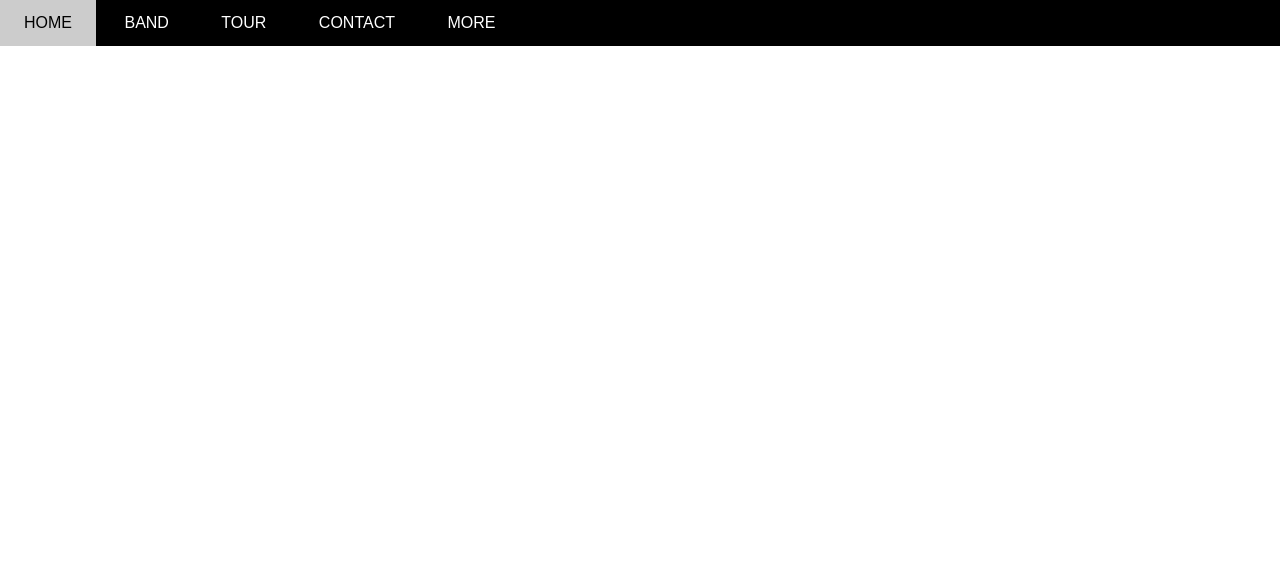
Repository: TranPhucThinh/clone-the-band
Page: index.html
The author's editor kept a copy of each file at every save. The page is drawn from the files as they stood at one save, then again after the next save.
The browser window is 1280 px wide. The pictures show the whole page.

Above is the page before, as saved 2022-08-03 22:07:38.

### index.html
<!DOCTYPE html>
<html lang="en">

<head>
    <meta charset="UTF-8">
    <meta http-equiv="X-UA-Compatible" content="IE=edge">
    <meta name="viewport" content="width=device-width, initial-scale=1.0">

    <title>The Band</title>

    <link rel="stylesheet" href="./assets/style.css">
</head>

<body>
    <div id="main">

        <div id="header">
            <ul id="nav">
                <li><a href="">Home</a></li>
                <li><a href="">Band</a></li>
                <li><a href="">Tour</a></li>
                <li><a href="">Contact</a></li>
                <li>
                    <a href="">More</a>
                    <ul class="subnav">
                        <li><a href="">Merchandise</a></li>
                        <li><a href="">Extras</a></li>
                        <li><a href="">Media</a></li>
                    </ul>
                </li>
            </ul>
        </div>

        <div id="slider">

        </div>

        <div id="content">

        </div>

        <div id="footer">

        </div>

    </div>
</body>

</html>

### assets/style.css
* {
  padding: 0;
  margin: 0;
  box-sizing: border-box;
}

html {
  font-family: Arial, Helvetica, sans-serif;
}

#header {
  height: 46px;
  background-color: #000;
}

#nav li {
  display: inline-block;
}

#nav li a {
  text-decoration: none;
  color: #fff;
  line-height: 46px;
  padding: 0 24px;
  text-transform: uppercase;
  display: inline-block;
}

#nav li:hover a {
  color: #000;
  background-color: #ccc;
}

#nav .subnav {
  display: none;
}

#nav li:last-child:hover .subnav {
  display: inline-block;
}

After the next save:
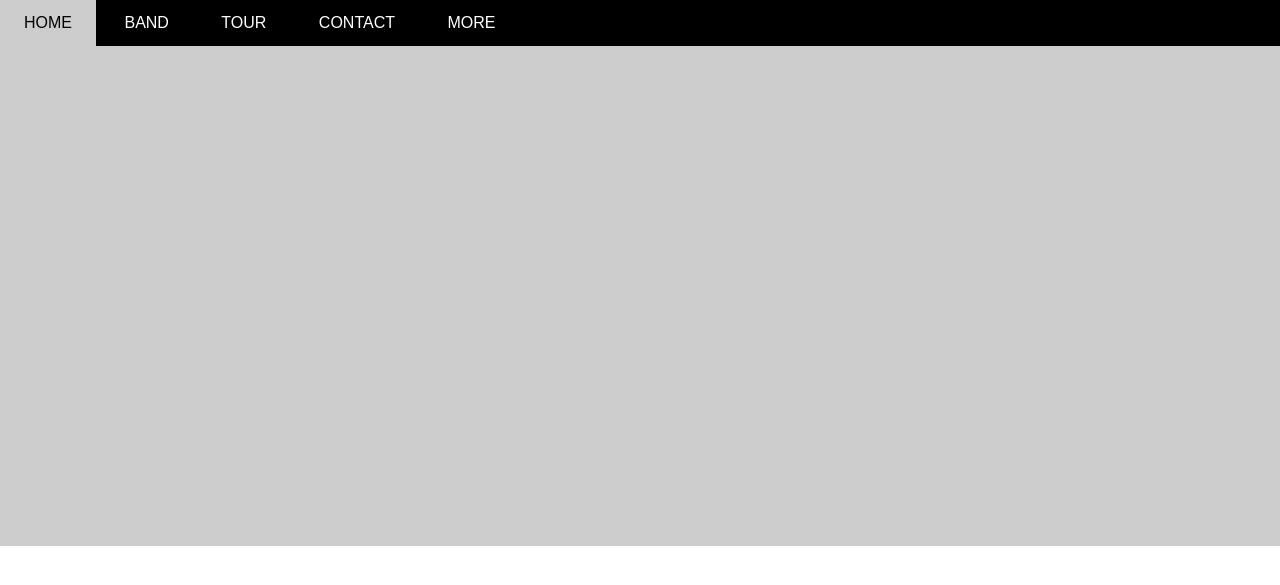
Saved 45 s later.
--- a/assets/style.css
+++ b/assets/style.css
@@ -38,3 +38,8 @@
 #nav li:last-child:hover .subnav {
   display: inline-block;
 }
+
+#slider {
+  background-color: #ccc;
+  height: 500px;
+}
